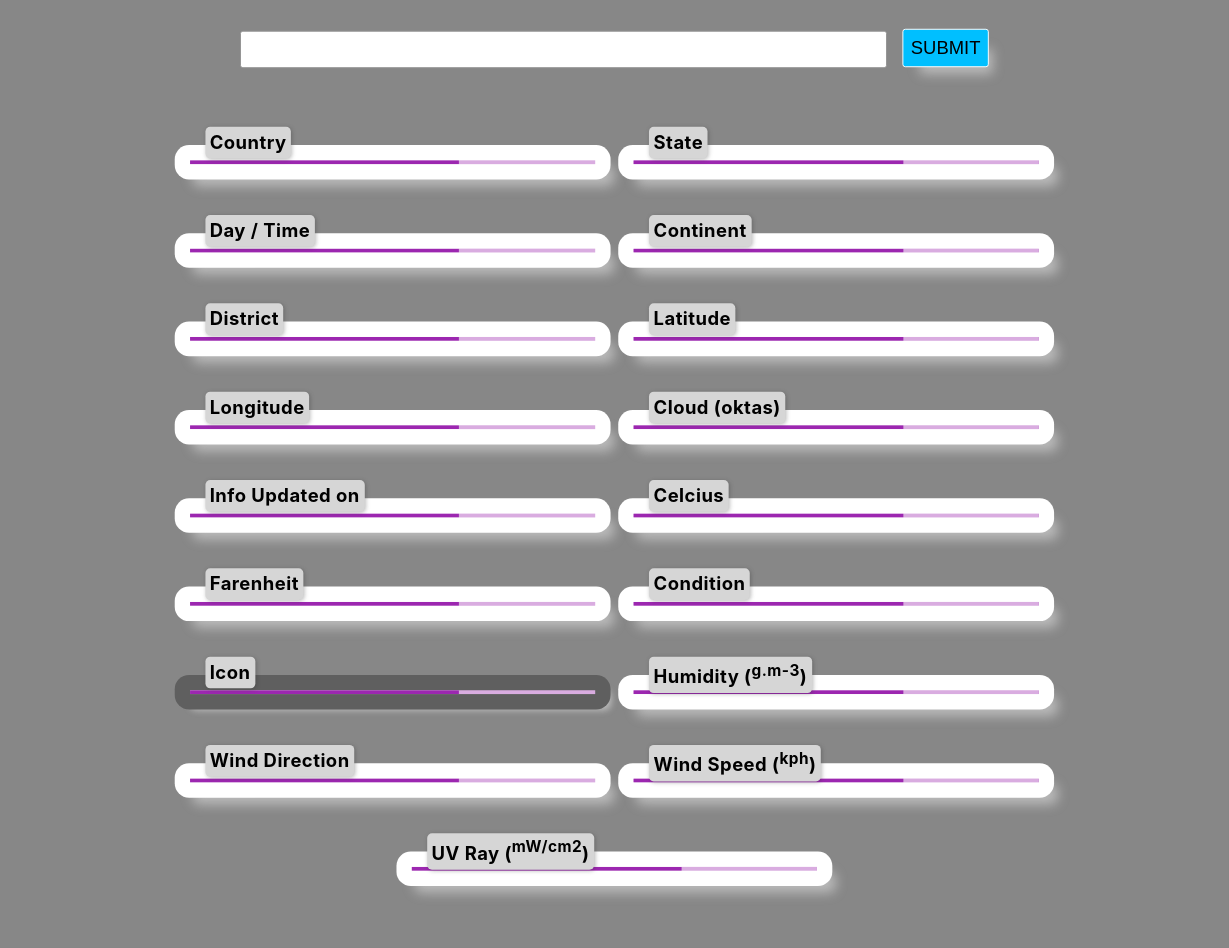
Repository: Imprasna/practising-API
Page: /
The author's editor kept a copy of each file at every save. The page is drawn from the files as they stood at one save, then again after the next save.
The browser window is 1280 px wide. The pictures show the whole page, at 96% of full size.
The project was rebuilt for these pictures with package versions that can differ from the ones it lists, and the page was loaded fresh each time. Also part of the build but not shown: src/component/Country.js, src/component/Region.js, src/component/Time.js, src/component/Continent.js, src/component/District.js, src/component/Cloud.js, src/component/UpdatedWeather.js, src/component/Celcius.js and 9 more.

Above is the page before, as saved 2021-11-12 00:06:09.

### src/App.js
import './App.css';
import Get from './Get'

function App() {
  return (
    <div className="App">
      <Get />
    </div>
  );
}

export default App;

### src/Get.js
import React, { useState } from "react";
import axios from "axios";
// import moment from 'moment';
import Country from "./component/Country";
import Region from "./component/Region";
import Time from "./component/Time";
import Continent from "./component/Continent";
import District from "./component/District";
import Cloud from "./component/Cloud";
import UpdatedWeather from "./component/UpdatedWeather";
import Celcius from "./component/Celcius";
import Farenheit from "./component/Farenheit";
import Latitude from "./component/Latitude";
import Longitude from "./component/Longitude";
import Condition from "./component/Condition";
import Icon from "./component/Icon";
import Humidity from "./component/Humidity";
import WindDirection from "./component/WindDirection";
import WindSpeed from "./component/WindSpeed";
import Uv from "./component/Uv";
import "./component/style.css";
// import CircularProgress from '@mui/material/CircularProgress';
import LinearProgress from '@mui/material/LinearProgress';



const Get = () => {
	const [getPost, setGetPost] = useState([]);
	const [loading, setLoading] = useState(false);
	const [values, setValues] = useState({ cities: "" });

	React.useEffect =
		(() => {
			getData();

			const CName = () => {
				setGetPost(getPost);
			};
			CName();
		},
		[]);

		const getData = async () =>
		{
			const city = values.cities;
			try {
				const res = await axios.get(
					`http://api.weatherapi.com/v1/current.json?key=b572a200fc624a6a85671436211310&q=${city}&aqi=yes`
					);
				setTimeout(function ()
				{
					// console.log(res.data.current);
					// console.log(res.data.location);
					// setGetPost(res.data);
					(setGetPost(res.data))
					setLoading(true);
				}, 3000);

			console.log(getPost);
			// console.log(res.data.current);
			// setGetPost({res});
		} catch (err) {
			console.log(err);
		}
	};
	console.log(getPost);

	const onChangeHandler = (e) => {
		const name = e.target.name;
		const value = e.target.value;

		// here values is the state name
		let inputValues = values;
		inputValues[name] = value;
		setValues({ ...inputValues });
		setLoading(false);
	};

	return (
		<>
			<input
				className="search-box"
				type="text"
				value={values.cities}
				name="cities"
				onChange={(e) => onChangeHandler(e)}
			/>
			<button className="button" onClick={getData}>
				Submit
			</button>

			<div className="whole">
				<div className="Country">
					{loading ? (<Country CName={getPost} />) : (<LinearProgress  color="secondary"  />)}
					<h1>Country</h1>
				</div>

				<div className="region">
				{loading ? (<Region CName={getPost} />) : (<LinearProgress  color="secondary"  />) }
					<h1>State</h1>

				</div>

				<div className="time">
				{loading ? (<Time CName={getPost} />) : (<LinearProgress  color="secondary"  />) }
					<h1>Day / Time</h1>

				</div>

				<div className="continent">
				{loading ? (<Continent CName={getPost} />) : (<LinearProgress  color="secondary"  />) }
					<h1>Continent</h1>

				</div>

				<div className="district">
				{loading ? (<District CName={getPost} />) : (<LinearProgress  color="secondary"  />) }
					<h1>District</h1>

				</div>

				<div className="lat">
				{loading ? (<Latitude CName={getPost} />) : (<LinearProgress  color="secondary"  />) }
					<h1>Latitude</h1>

				</div>

				<div className="lon">
				{loading ? (<Longitude CName={getPost} />) : (<LinearProgress  color="secondary"  />) }
					<h1>Longitude</h1>

				</div>

				<div className="cloud">
				{loading ? (<Cloud CName={getPost} />) : (<LinearProgress  color="secondary"  />) }
					<h1>Cloud (oktas)</h1>

				</div>

				<div className="upt">
				{loading ? (<UpdatedWeather CName={getPost} />) : (<LinearProgress  color="secondary"  />) }
					<h1>Info Updated on</h1>

				</div>

				<div className="cel">
				{loading ? (<Celcius CName={getPost} />) : (<LinearProgress  color="secondary"  />) }
					<h1>Celcius</h1>

				</div>

				<div className="far">
				{loading ? (<Farenheit CName={getPost} />) : (<LinearProgress  color="secondary"  />) }
					<h1>Farenheit</h1>

				</div>

				<div className="cond">
				{loading ? (<Condition CName={getPost} />) : (<LinearProgress  color="secondary"  />) }
					<h1>Condition</h1>

				</div>

				<div className="icon">
				{loading ? (<Icon CName={getPost} />) : (<LinearProgress  color="secondary"  />) }
					<h1>Icon</h1>

				</div>

				<div className="hum">
				{loading ? (<Humidity CName={getPost} />) : (<LinearProgress  color="secondary"  />) }
					<h1>
						Humidity (<sup>g.m-3</sup>)
					</h1>

				</div>


				<div className="wd">
				{loading ? (<WindDirection CName={getPost} />) : (<LinearProgress  color="secondary"  />) }
					<h1>Wind Direction</h1>

				</div>

				<div className="ws">
				{loading ? (<WindSpeed CName={getPost} />) : (<LinearProgress  color="secondary"  />) }
					<h1>
						Wind Speed (<sup>kph</sup>)
					</h1>

				</div>

				<div className="uv">
				{loading ? (<Uv CName={getPost} />) : (<LinearProgress  color="secondary"  />) }
					<h1>
						UV Ray (<sup>mW/cm2</sup>)
					</h1>

				</div>
			</div>
		</>
	);
};

export default Get;

### src/component/style.css
body {
    background: #878787;
}

.whole {
    width: 100%;
    height: 100%;
    display: flex;
    justify-content: center;
    align-items: center;
    flex-wrap: wrap;
    gap: .5rem;
    margin-bottom: 4rem;
}

.search-box {
    width: 50%;
    padding: .5rem 1rem;
    border-radius: 3px;
    border: 1px solid #929292;
    outline: none;
    font-size: 1rem;
    line-height: 1.3em;
    margin: 0 auto;
    margin-bottom: 2rem;
    margin-top: 2rem;
    margin-right: 1rem;
    text-transform: uppercase;
}

.button {
    padding: .5rem;
    outline: none;
    border: 1px solid #fff;
    box-shadow: 11px 14px 12px -7px rgba(204,204,204,0.75);
    cursor: pointer;
    font-size: 1.2rem;
    text-transform: uppercase;
    border-radius: 3px;
    background: deepskyblue;
}

.Country {
    width: 33%;
    color: #000;
    padding: 1rem;
    border-radius: 15px;
    background-color: #fff;
    box-shadow: 11px 14px 12px -7px rgba(204,204,204,0.75);
    position: relative;
    font-size: 1.1rem;
    font-weight: 600;
    letter-spacing: .5px;
    margin-top: 3rem;
}

.Country > h1 {
    position: absolute;
    top: -2rem;
    left: 2rem;
    padding: .3rem;
    background-color: #d6d6d6;
    border-radius: 5px;
    font-size: 1.2rem;
    filter: drop-shadow(1px 1px 2px rgba(44, 44, 44, 0.342));
    color: #000;
}

.region {
    width: 33%;
    color: #000;
    padding: 1rem;
    border-radius: 15px;
    background-color: #fff;
    box-shadow: 11px 14px 12px -7px rgba(204,204,204,0.75);
    position: relative;
    font-size: 1.1rem;
    font-weight: 600;
    letter-spacing: .5px;
    margin-top: 3rem;
}

.region > h1 {
    position: absolute;
    top: -2rem;
    left: 2rem;
    padding: .3rem;
    background-color: #d6d6d6;
    border-radius: 5px;
    font-size: 1.2rem;
    filter: drop-shadow(1px 1px 2px rgba(44, 44, 44, 0.342));
    color: #000;
}

.time {
    width: 33%;
    color: #000;
    padding: 1rem;
    border-radius: 15px;
    background-color: #fff;
    box-shadow: 11px 14px 12px -7px rgba(204,204,204,0.75);
    position: relative;
    font-size: 1.1rem;
    font-weight: 600;
    letter-spacing: .5px;
    margin-top: 3rem;
}

.time > h1 {
    position: absolute;
    top: -2rem;
    left: 2rem;
    padding: .3rem;
    background-color: #d6d6d6;
    border-radius: 5px;
    font-size: 1.2rem;
    filter: drop-shadow(1px 1px 2px rgba(44, 44, 44, 0.342));
    color: #000;
}

.continent {
    width: 33%;
    color: #000;
    padding: 1rem;
    border-radius: 15px;
    background-color: #fff;
    box-shadow: 11px 14px 12px -7px rgba(204,204,204,0.75);
    position: relative;
    font-size: 1.1rem;
    font-weight: 600;
    letter-spacing: .5px;
    margin-top: 3rem;
}

.continent > h1 {
    position: absolute;
    top: -2rem;
    left: 2rem;
    padding: .3rem;
    background-color: #d6d6d6;
    border-radius: 5px;
    font-size: 1.2rem;
    filter: drop-shadow(1px 1px 2px rgba(44, 44, 44, 0.342));
    color: #000;
}

.district {
    width: 33%;
    color: #000;
    padding: 1rem;
    border-radius: 15px;
    background-color: #fff;
    box-shadow: 11px 14px 12px -7px rgba(204,204,204,0.75);
    position: relative;
    font-size: 1.1rem;
    font-weight: 600;
    letter-spacing: .5px;
    margin-top: 3rem;
}

.district > h1 {
    position: absolute;
    top: -2rem;
    left: 2rem;
    padding: .3rem;
    background-color: #d6d6d6;
    border-radius: 5px;
    font-size: 1.2rem;
    filter: drop-shadow(1px 1px 2px rgba(44, 44, 44, 0.342));
    color: #000;
}

.lat {
    width: 33%;
    color: #000;
    padding: 1rem;
    border-radius: 15px;
    background-color: #fff;
    box-shadow: 11px 14px 12px -7px rgba(204,204,204,0.75);
    position: relative;
    font-size: 1.1rem;
    font-weight: 600;
    letter-spacing: .5px;
    margin-top: 3rem;
}

.lat > h1 {
    position: absolute;
    top: -2rem;
    left: 2rem;
    padding: .3rem;
    background-color: #d6d6d6;
    border-radius: 5px;
    font-size: 1.2rem;
    filter: drop-shadow(1px 1px 2px rgba(44, 44, 44, 0.342));
    color: #000;
}

.lon {
    width: 33%;
    color: #000;
    padding: 1rem;
    border-radius: 15px;
    background-color: #fff;
    box-shadow: 11px 14px 12px -7px rgba(204,204,204,0.75);
    position: relative;
    font-size: 1.1rem;
    font-weight: 600;
    letter-spacing: .5px;
    margin-top: 3rem;
}

.lon > h1 {
    position: absolute;
    top: -2rem;
    left: 2rem;
    padding: .3rem;
    background-color: #d6d6d6;
    border-radius: 5px;
    font-size: 1.2rem;
    filter: drop-shadow(1px 1px 2px rgba(44, 44, 44, 0.342));
    color: #000;
}

.cloud {
    width: 33%;
    color: #000;
    padding: 1rem;
    border-radius: 15px;
    background-color: #fff;
    box-shadow: 11px 14px 12px -7px rgba(204,204,204,0.75);
    position: relative;
    font-size: 1.1rem;
    font-weight: 600;
    letter-spacing: .5px;
    margin-top: 3rem;
}

.cloud > h1 {
    position: absolute;
    top: -2rem;
    left: 2rem;
    padding: .3rem;
    background-color: #d6d6d6;
    border-radius: 5px;
    font-size: 1.2rem;
    filter: drop-shadow(1px 1px 2px rgba(44, 44, 44, 0.342));
    color: #000;
}

.upt {
    width: 33%;
    color: #000;
    padding: 1rem;
    border-radius: 15px;
    background-color: #fff;
    box-shadow: 11px 14px 12px -7px rgba(204,204,204,0.75);
    position: relative;
    font-size: 1.1rem;
    font-weight: 600;
    letter-spacing: .5px;
    margin-top: 3rem;
}

.upt > h1 {
    position: absolute;
    top: -2rem;
    left: 2rem;
    padding: .3rem;
    background-color: #d6d6d6;
    border-radius: 5px;
    font-size: 1.2rem;
    filter: drop-shadow(1px 1px 2px rgba(44, 44, 44, 0.342));
    color: #000;
}

.cel {
    width: 33%;
    color: #000;
    padding: 1rem;
    border-radius: 15px;
    background-color: #fff;
    box-shadow: 11px 14px 12px -7px rgba(204,204,204,0.75);
    position: relative;
    font-size: 1.1rem;
    font-weight: 600;
    letter-spacing: .5px;
    margin-top: 3rem;
}

.cel > h1 {
    position: absolute;
    top: -2rem;
    left: 2rem;
    padding: .3rem;
    background-color: #d6d6d6;
    border-radius: 5px;
    font-size: 1.2rem;
    filter: drop-shadow(1px 1px 2px rgba(44, 44, 44, 0.342));
    color: #000;
}

.far {
    width: 33%;
    color: #000;
    padding: 1rem;
    border-radius: 15px;
    background-color: #fff;
    box-shadow: 11px 14px 12px -7px rgba(204,204,204,0.75);
    position: relative;
    font-size: 1.1rem;
    font-weight: 600;
    letter-spacing: .5px;
    margin-top: 3rem;
}

.far > h1 {
    position: absolute;
    top: -2rem;
    left: 2rem;
    padding: .3rem;
    background-color: #d6d6d6;
    border-radius: 5px;
    font-size: 1.2rem;
    filter: drop-shadow(1px 1px 2px rgba(44, 44, 44, 0.342));
    color: #000;
}

.cond {
    width: 33%;
    color: #000;
    padding: 1rem;
    border-radius: 15px;
    background-color: #fff;
    box-shadow: 11px 14px 12px -7px rgba(204,204,204,0.75);
    position: relative;
    font-size: 1.1rem;
    font-weight: 600;
    letter-spacing: .5px;
    margin-top: 3rem;
}

.cond > h1 {
    position: absolute;
    top: -2rem;
    left: 2rem;
    padding: .3rem;
    background-color: #d6d6d6;
    border-radius: 5px;
    font-size: 1.2rem;
    filter: drop-shadow(1px 1px 2px rgba(44, 44, 44, 0.342));
    color: #000;
}


.icon {
    width: 33%;
    color: #000;
    padding: 1rem;
    border-radius: 15px;
    background-color: #5f5f5f;
    box-shadow: 8px 8px 7px -7px rgba(204,204,204,0.75);
    position: relative;
    font-size: 1.1rem;
    font-weight: 600;
    letter-spacing: .5px;
    margin-top: 3rem;
}

.icon > h1 {
    position: absolute;
    top: -2rem;
    left: 2rem;
    padding: .3rem;
    background-color: #d6d6d6;
    border-radius: 5px;
    font-size: 1.2rem;
    filter: drop-shadow(1px 1px 2px rgba(44, 44, 44, 0.342));
    color: #000;
}

.hum {
    width: 33%;
    color: #000;
    padding: 1rem;
    border-radius: 15px;
    background-color: #fff;
    box-shadow: 11px 14px 12px -7px rgba(204,204,204,0.75);
    position: relative;
    font-size: 1.1rem;
    font-weight: 600;
    letter-spacing: .5px;
    margin-top: 3rem;
}

.hum > h1 {
    position: absolute;
    top: -2rem;
    left: 2rem;
    padding: .3rem;
    background-color: #d6d6d6;
    border-radius: 5px;
    font-size: 1.2rem;
    filter: drop-shadow(1px 1px 2px rgba(44, 44, 44, 0.342));
    color: #000;
}

.wd {
    width: 33%;
    color: #000;
    padding: 1rem;
    border-radius: 15px;
    background-color: #fff;
    box-shadow: 11px 14px 12px -7px rgba(204,204,204,0.75);
    position: relative;
    font-size: 1.1rem;
    font-weight: 600;
    letter-spacing: .5px;
    margin-top: 3rem;
}

.wd > h1 {
    position: absolute;
    top: -2rem;
    left: 2rem;
    padding: .3rem;
    background-color: #d6d6d6;
    border-radius: 5px;
    font-size: 1.2rem;
    filter: drop-shadow(1px 1px 2px rgba(44, 44, 44, 0.342));
    color: #000;
}

.ws {
    width: 33%;
    color: #000;
    padding: 1rem;
    border-radius: 15px;
    background-color: #fff;
    box-shadow: 11px 14px 12px -7px rgba(204,204,204,0.75);
    position: relative;
    font-size: 1.1rem;
    font-weight: 600;
    letter-spacing: .5px;
    margin-top: 3rem;
}

.ws > h1 {
    position: absolute;
    top: -2rem;
    left: 2rem;
    padding: .3rem;
    background-color: #d6d6d6;
    border-radius: 5px;
    font-size: 1.2rem;
    filter: drop-shadow(1px 1px 2px rgba(44, 44, 44, 0.342));
    color: #000;
}

.uv {
    width: 33%;
    color: #000;
    padding: 1rem;
    border-radius: 15px;
    background-color: #fff;
    box-shadow: 11px 14px 12px -7px rgba(204,204,204,0.75);
    position: relative;
    font-size: 1.1rem;
    font-weight: 600;
    letter-spacing: .5px;
    margin-top: 3rem;
}

.uv > h1 {
    position: absolute;
    top: -2rem;
    left: 2rem;
    padding: .3rem;
    background-color: #d6d6d6;
    border-radius: 5px;
    font-size: 1.2rem;
    filter: drop-shadow(1px 1px 2px rgba(44, 44, 44, 0.342));
    color: #000;
}

Loaded but not shown: public/index.html (common file); src/index.js (common file); src/index.css (common file); src/App.css (common file)

After the next save:
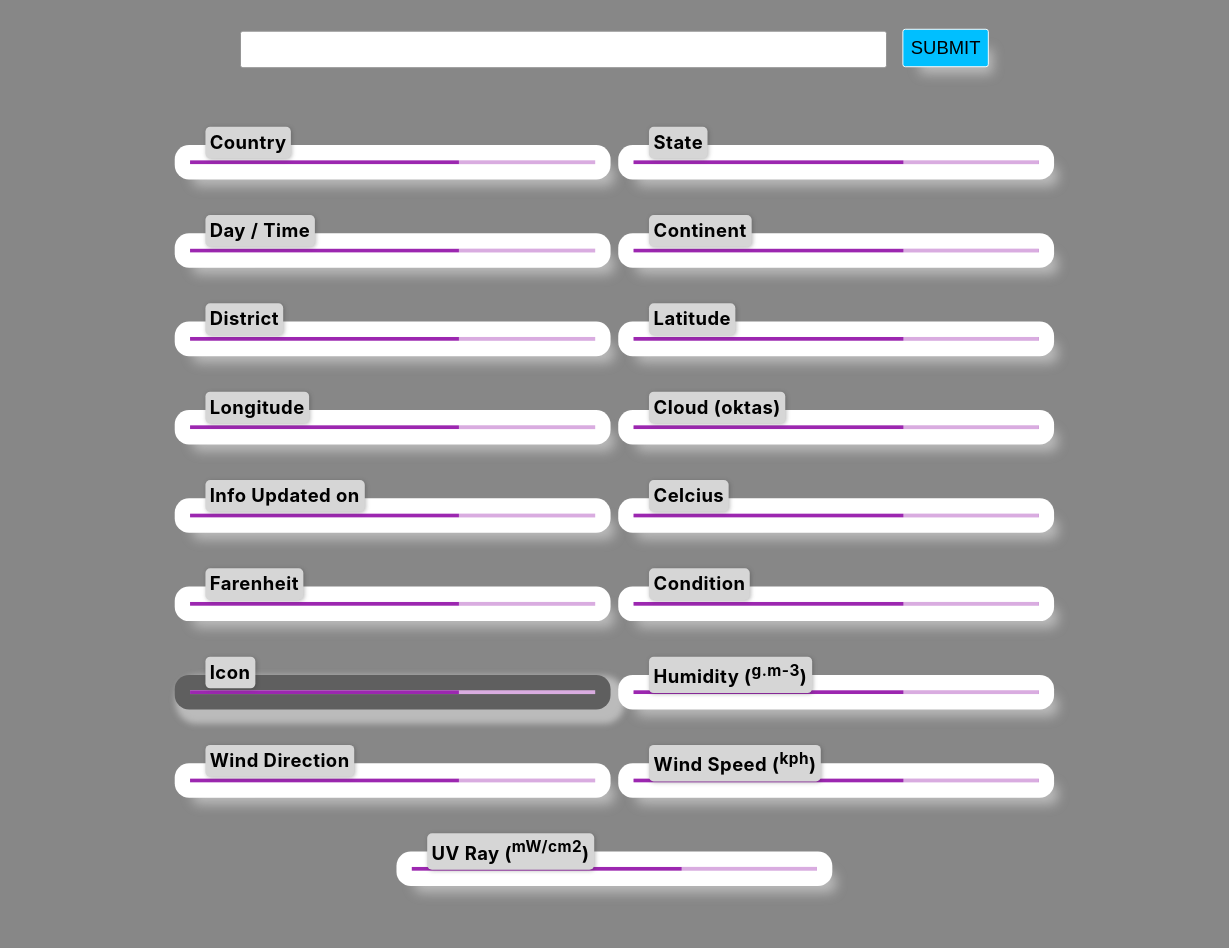
Saved 9 s later.
--- a/src/component/style.css
+++ b/src/component/style.css
@@ -359,7 +359,7 @@ body {
     padding: 1rem;
     border-radius: 15px;
     background-color: #5f5f5f;
-    box-shadow: 8px 8px 7px -7px rgba(204,204,204,0.75);
+    box-shadow: 8px 8px 7px 7px rgba(204,204,204,0.75);
     position: relative;
     font-size: 1.1rem;
     font-weight: 600;
